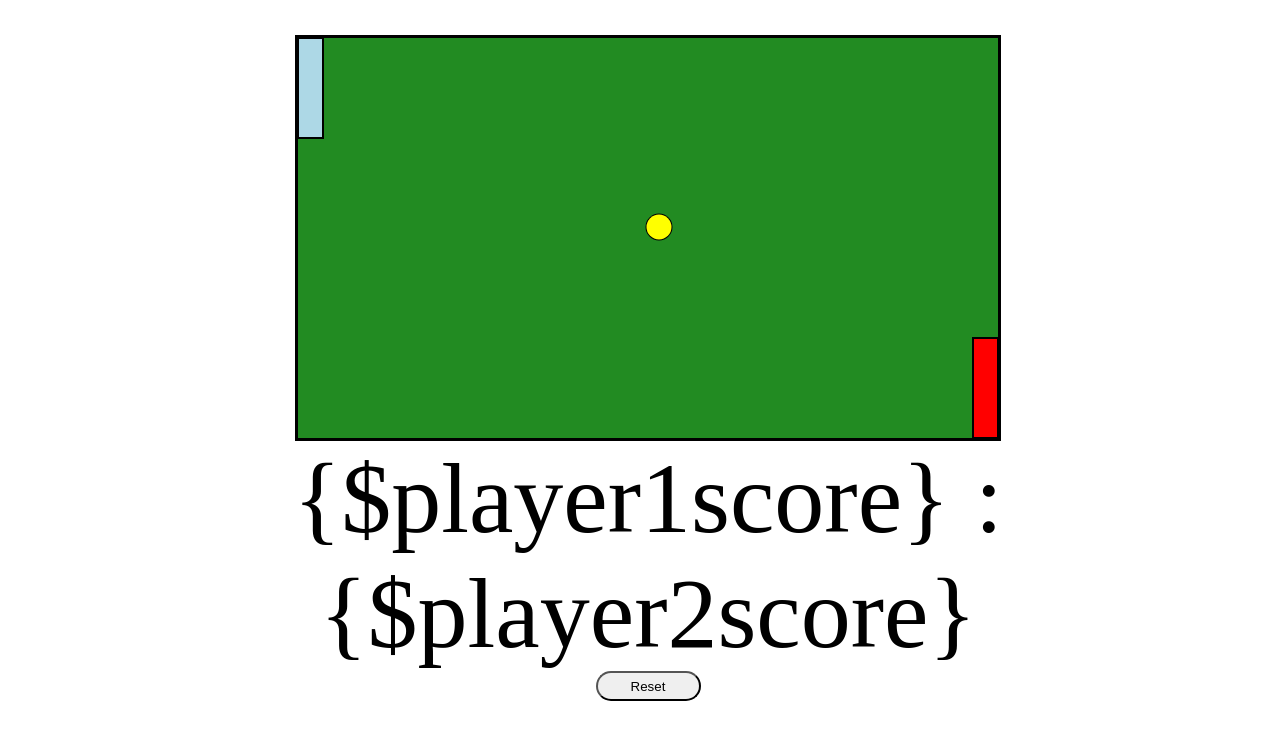
Repository: zacheys123/ping-pong
Page: index.html
An editor plug-in stored every save of this project. The page is shown before and after the next save, followed by the edit.
The browser window is 1280 px wide. The page is 1288 px wide, so the pictures cover 1288 px, including what lies to the right of the window. The pictures show the whole page.

Above is the page before, as saved 2023-07-01 00:32:48.

### index.html
<html lang="en">
	<head>
		<meta charset="UTF-8" />
		<meta http-equiv="X-UA-Compatible" content="IE=edge" />
		<meta
			name="viewport"
			content="width=device-width, initial-scale=1.0"
		/>
		<title>Ping pong</title>
		<link rel="stylesheet" href="style.css" />
	</head>
	<body>
		<div id="gamecontainer">
			<canvas id="gameboard"></canvas>
			<div id="scoretext">0 : 0</div>
			<button id="resetbutton">Reset</button>
		</div>

		<script src="index.js"></script>
	</body>
</html>

### style.css
body {
	display: flex;
	justify-content: center;
	align-items: center;
	position: relative;
	width: 100vw;
	height: 100vh;
	overflow-y: hidden;
}
#gamecontainer {
	position: absolute;
	width: 100%;
	text-align: center;
}
#gameboard {
	border: 3px solid;
}
#scoretext {
	font-family: 'consolas' cursive;
	font-size: 100px;
}
#resetbutton {
	font-family: 'monospace' cursive;
	border-radius: 15px;
	cursor: pointer;
	width: 105px;
	height: 30px;
}

### index.js
const canvas = document.querySelector('#gameboard');
const ctx = canvas.getContext('2d');
const scoreText = document.querySelector('#scoretext');
canvas.width = 700;
canvas.height = 400;
const gamewidth = canvas.width;
const gameheight = canvas.height;
const resetbutton = document.querySelector('#resetbutton');
const paddle1color = 'lightblue';
const paddle2color = 'red';
const gameColor = 'forestgreen';
const paddleBorder = 'black';
const ballcolor = 'yellow';
const ballborder = 'black';
const ballradius = 12.5;
const paddlespeed = 50;

let intervalId = 0;
let ballspeed = 1;
let ballX = gamewidth / 2;
let ballY = gameheight / 2;
let ballXdirection = 0;
let ballYdirection = 0;
let player1score = 0;
let player2score = 0;
let paddle1 = { width: 25, height: 100, x: 0, y: 0 };
let paddle2 = {
	width: 25,
	height: 100,
	x: gamewidth - 25,
	y: gameheight - 100,
};

addEventListener('keydown', changeDirections, true);
resetbutton.addEventListener('click', reset, true);

gameStart();

function gameStart() {
	createBall();
	nextTick();
}
function nextTick() {
	intervalId = setTimeout(function () {
		clearBoard();
		drawPaddles();

		moveBall();
		drawBall(ballX, ballY);
		checkCollision();
		nextTick();
	}, 76);
}
function drawBall(ballX, ballY) {
	ctx.fillStyle = ballcolor;

	ctx.strokeStyle = ballborder;
	ctx.lineWidth = 2;
	ctx.beginPath();
	ctx.arc(ballX, ballY, ballradius, 0, 2 * Math.PI);
	ctx.stroke();
	ctx.fill();
}
function clearBoard() {
	ctx.fillStyle = gameColor;
	ctx.fillRect(0, 0, gamewidth, gameheight);
}
function changeDirections(event) {
	const keyPressed = event.keyCode;
	const paddle1Up = 87;
	const paddle1Down = 83;
	const paddle2Up = 38;
	const paddle2Down = 40;
	switch (keyPressed) {
		case paddle1Up:
			if (paddle1.y > 0) paddle1.y -= paddlespeed;
			break;
		case paddle1Down:
			if (paddle1.y + paddle1.height < gameheight)
				paddle1.y += paddlespeed;
			break;
		case paddle2Up:
			if (paddle2.y > 0) paddle2.y -= paddlespeed;
			break;
		case paddle2Down:
			if (paddle2.y + paddle2.height < gameheight)
				paddle2.y += paddlespeed;
			break;
	}
}
function createBall() {
	ballspeed = 11;
	if (Math.round(Math.random()) === 1) {
		ballXdirection = 1;
	} else {
		ballXdirection = -1;
	}
	if (Math.round(Math.random()) === 1) {
		ballYdirection = 1;
	} else {
		ballYdirection = -1;
	}
	ballX = gamewidth / 2;
	ballY = gameheight / 2;
	drawBall(ballX, ballY);
}
function moveBall() {
	ballX += ballspeed * ballXdirection;
	ballY += ballspeed * ballYdirection;
}
function checkCollision() {
	if (ballY - ballradius <= 0) {
		ballYdirection *= -1;
	}
	if (ballY + ballradius >= gameheight) {
		ballYdirection *= -1;
	}

	if (ballX <= 0) {
		player2score += 1;
		updateScore();
		createBall();
		return;
	}
	if (ballX >= gamewidth) {
		player2score += 1;
		updateScore();
		createBall();
		return;
	}
}
function drawPaddles() {
	ctx.strokeStyle = paddleBorder;
	ctx.fillStyle = paddle1color;
	ctx.fillRect(paddle1.x, paddle1.y, paddle1.width, paddle1.height);
	ctx.strokeRect(paddle1.x, paddle1.y, paddle1.width, paddle1.height);
	ctx.fillStyle = paddle2color;
	ctx.fillRect(paddle2.x, paddle2.y, paddle2.width, paddle2.height);
	ctx.strokeRect(paddle2.x, paddle2.y, paddle2.width, paddle2.height);
}
function updateScore() {
	scoreText.textContent = `{$player1score} : {$player2score}`;
}
function reset() {}

After the next save:
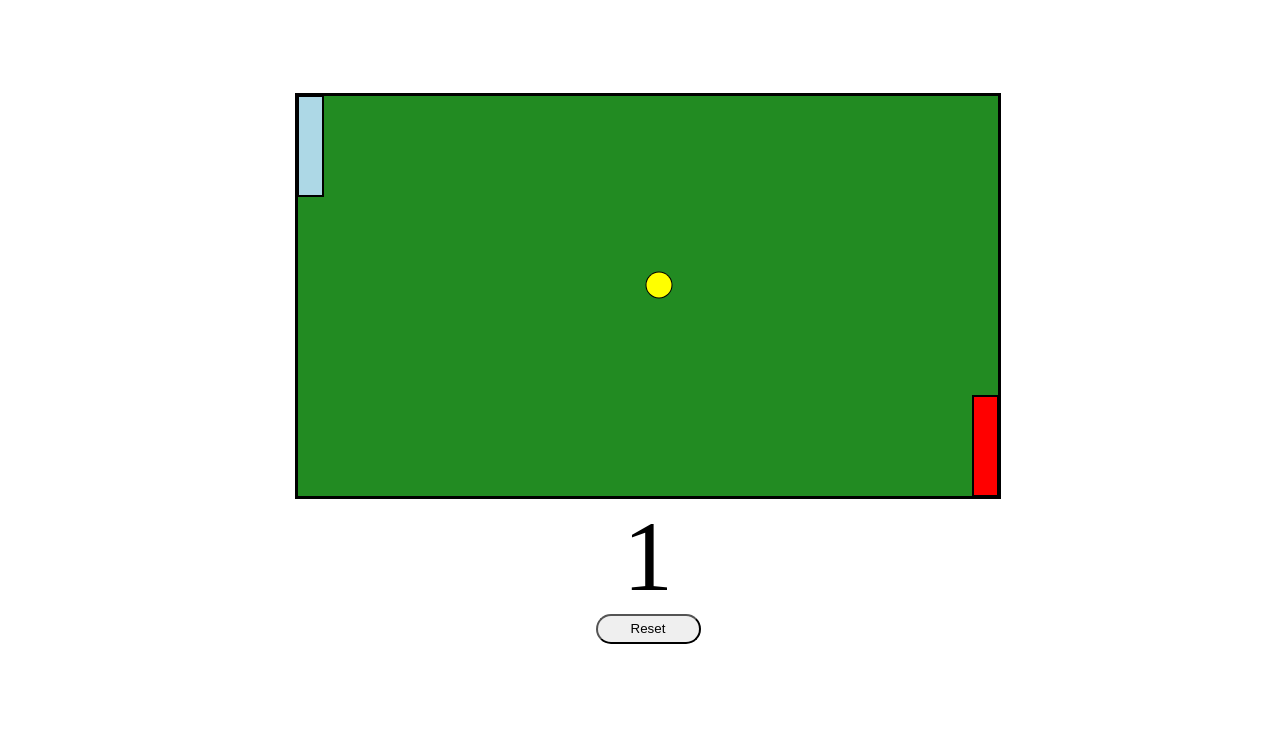
Saved 13 s later.
--- a/index.js
+++ b/index.js
@@ -139,6 +139,6 @@ function drawPaddles() {
 	ctx.strokeRect(paddle2.x, paddle2.y, paddle2.width, paddle2.height);
 }
 function updateScore() {
-	scoreText.textContent = `{$player1score} : {$player2score}`;
+	scoreText.textContent = 1;
 }
 function reset() {}
